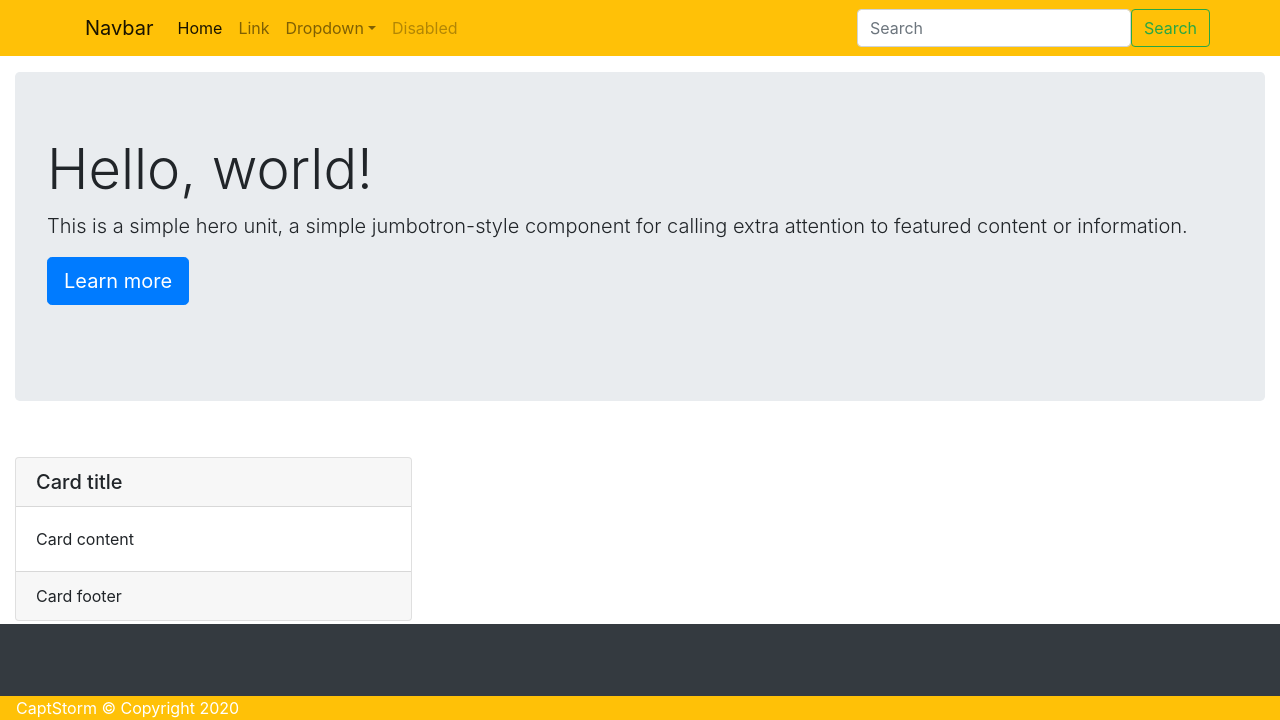
Repository: CaptainStorm21/complete-react16-bootstrap-passing-props
Page: /
The author's editor kept a copy of each file at every save. The page is drawn from the files as they stood at one save, then again after a run of saves.
The browser window is 1280 px wide. The pictures show the whole page.
The project was rebuilt for these pictures with package versions that can differ from the ones it lists, and the page was loaded fresh each time.

Above is the page before, as saved 2020-04-23 14:36:24.

### public/index.html
<!DOCTYPE html>
<html lang="en">
<head>
  <title>Bootstrap Example</title>
  <meta charset="utf-8">
  <meta name="viewport" content="width=device-width, initial-scale=1">
  <link rel="stylesheet" href="https://maxcdn.bootstrapcdn.com/bootstrap/4.4.1/css/bootstrap.min.css">
  <script src="https://ajax.googleapis.com/ajax/libs/jquery/3.4.1/jquery.min.js"></script>
  <script src="https://cdnjs.cloudflare.com/ajax/libs/popper.js/1.16.0/umd/popper.min.js"></script>
  <script src="https://maxcdn.bootstrapcdn.com/bootstrap/4.4.1/js/bootstrap.min.js"></script>
</head>
<body>
<div id="root"></div>

</body>
</html>

### src/index.js
import React from 'react';
import ReactDOM from 'react-dom';
import './style.css';
import App from './App';
import * as serviceWorker from './serviceWorker';


ReactDOM.render(
  <React.StrictMode>
    <App />
  </React.StrictMode>,
  document.getElementById('root')
);

// If you want your app to work offline and load faster, you can change
// unregister() to register() below. Note this comes with some pitfalls.
// Learn more about service workers: https://bit.ly/CRA-PWA
serviceWorker.unregister();

### src/style.css




body {
  margin: 0;
  font-family: -apple-system, BlinkMacSystemFont, 'Segoe UI', 'Roboto', 'Oxygen',
    'Ubuntu', 'Cantarell', 'Fira Sans', 'Droid Sans', 'Helvetica Neue',
    sans-serif;
  -webkit-font-smoothing: antialiased;
  -moz-osx-font-smoothing: grayscale;
}

.footer {
  position: absolute;
  bottom: 0;
  width: 100%;
  height: 60px; /* Set the fixed height of the footer here */
  line-height: 60px; /* Vertically center the text there */
  background-color: purple;
}

### src/App.js
import React from "react";
import Main from "./components/Main";
import ContanerCard from "./components/ContainerCard";

import Header from "./components/layout/Header";
import Footer from "./components/layout/Footer";

function App() {
  return (
    <div>
      <Header />
      <div classNameName="container-fluid">
        <div className="col-lg-12 py-3">
          <Main />
        </div>
        <div className="container-fluid">
          <div className="row">
            <ContanerCard />
          </div>
        </div>
        <Footer />
      </div>
    </div>
  );
}

export default App;

### src/components/Main.js
import React from "react";

function Main() {
  return (
    <div className="jumbotron">
      <h1 className="display-4">Hello, world!</h1>
      <p className="lead">
        This is a simple hero unit, a simple jumbotron-style component for
        calling extra attention to featured content or information.
        <p className = "py-3">
        <a className="btn btn-primary btn-lg" href="#" role="button">
          Learn more
        </a>
        </p>
      </p>
    </div>
  );
}

export default Main;

### src/components/ContainerCard.js
import React from "react";

function ContainerCard() {
  return (
    <div className="col-md-4 col-lg-4 py-2">
    <div className="card">
      <h5 className="card-header">Card title</h5>
      <div className="card-body">
        <p className="card-text">Card content</p>
      </div>
      <div className="card-footer">Card footer</div>
    </div>
    </div>
  );
}

export default ContainerCard;

### src/components/layout/Header.js
import React from "react";
import Navbar from "./Navbar";

function Header() {
  return (
    <nav className="navbar navbar-expand-lg navbar-light bg-warning">
              <Navbar />
    </nav>
  );
}

export default Header;

### src/components/layout/Footer.js
import React from "react";

function Footer() {
  return (
    <footer className="bg-dark py-5 fixed-bottom ">
      <div className="container"></div>
      <div className="container-fluid">
        <div className="row bg-info">
        <div className="bg-warning fixed-bottom">
          <span className="p-3 text-white">
            CaptStorm &copy; Copyright 2020
          </span>
        </div>        </div>
      </div>
    </footer>
  );
}

export default Footer;

### src/components/layout/Navbar.js
import React from "react";
import "./Nav.css";

function Navbar() {
  return (
    <div className="container">
          <a className="navbar-brand" href="/">
            Navbar
          </a>
          <button
            className="navbar-toggler"
            type="button"
            data-toggle="collapse"
            data-target="#navbarSupportedContent"
            aria-controls="navbarSupportedContent"
            aria-expanded="false"
            aria-label="Toggle navigation"
          >
            <span className="navbar-toggler-icon"></span>
          </button>

          <div className="collapse navbar-collapse" id="navbarSupportedContent">
            <ul className="navbar-nav mr-auto">
              <li className="nav-item active">
                <a className="nav-link" href="/">
                  Home <span className="sr-only">(current)</span>
                </a>
              </li>
              <li className="nav-item">
                <a className="nav-link" href="/">
                  Link
                </a>
              </li>
              <li className="nav-item dropdown">
                <a
                  className="nav-link dropdown-toggle"
                  href="/"
                  id="navbarDropdown"
                  role="button"
                  data-toggle="dropdown"
                  aria-haspopup="true"
                  aria-expanded="false"
                >
                  Dropdown
                </a>
                <div className="dropdown-menu" aria-labelledby="navbarDropdown">
                  <a className="dropdown-item" href="/">
                    Action
                  </a>
                  <a className="dropdown-item" href="/">
                    Another action
                  </a>
                  <div className="dropdown-divider"></div>
                  <a className="dropdown-item" href="/">
                    Something else here
                  </a>
                </div>
              </li>
              <li className="nav-item">
                <a className="nav-link disabled" href="/">
                  Disabled
                </a>
              </li>
            </ul>
          </div>
          <div className="row align-items-end">
            <div className="input-group-append ">
              <form className="form-inline ">
                <input
                  className="form-control "
                  type="search"
                  placeholder="Search"
                  aria-label="Search"
                />
                <button className="btn btn-outline-success" type="submit">
                  Search
                </button>
              </form>
            </div>
          </div>
        </div>

  );
}

export default Navbar;

### src/components/layout/Nav.css
@media (min-width: 768px) {
    .navbar-nav {
      width: 100%;
      text-align: center;
    }
    .navbar-nav > li {
      float: none;
      display: inline-block;
    }
    .navbar-nav > li.navbar-right {
      float: right !important;
    }
  }

Loaded but not shown: src/serviceWorker.js (common file)

After the next 3 saves:
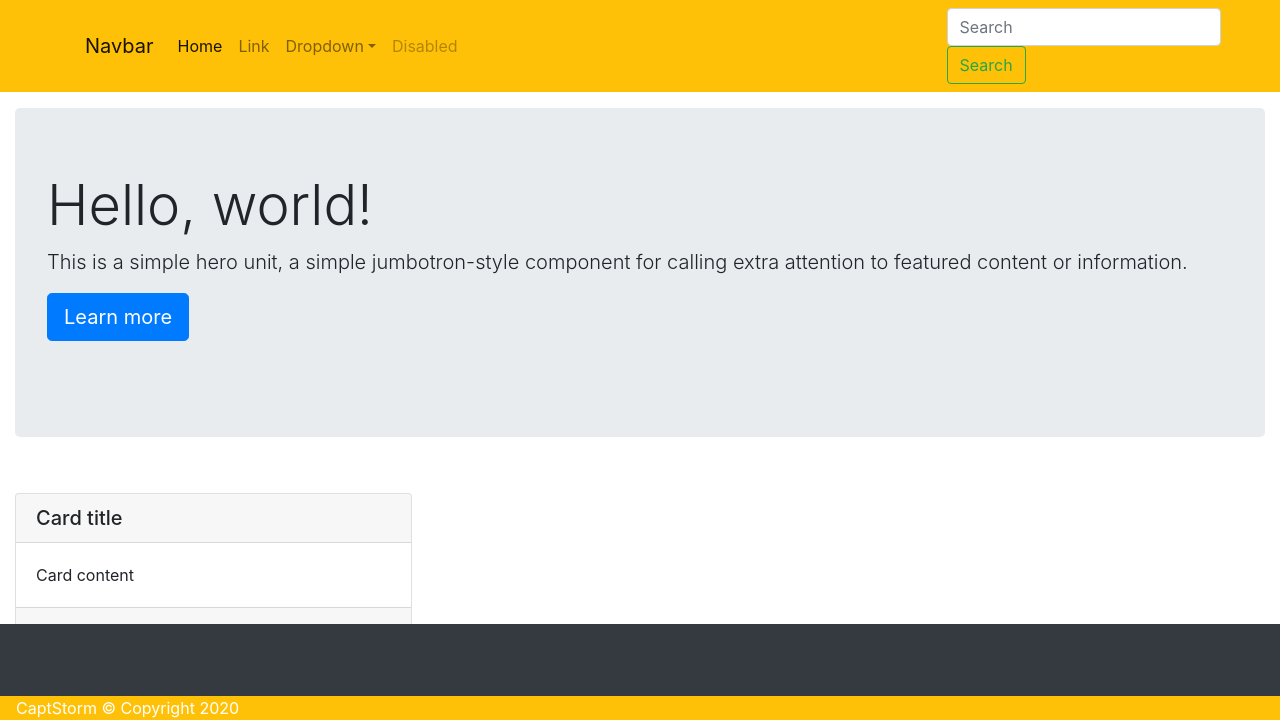
The 3 saves are shown as one change because they came seconds apart.
The last was saved 57 s later.
--- a/src/components/layout/Navbar.js
+++ b/src/components/layout/Navbar.js
@@ -63,7 +63,7 @@ function Navbar() {
               </li>
             </ul>
           </div>
-          <div className="row align-items-end">
+          <div className="row align-items-end col-6 col-sm-3">
             <div className="input-group-append ">
               <form className="form-inline ">
                 <input
